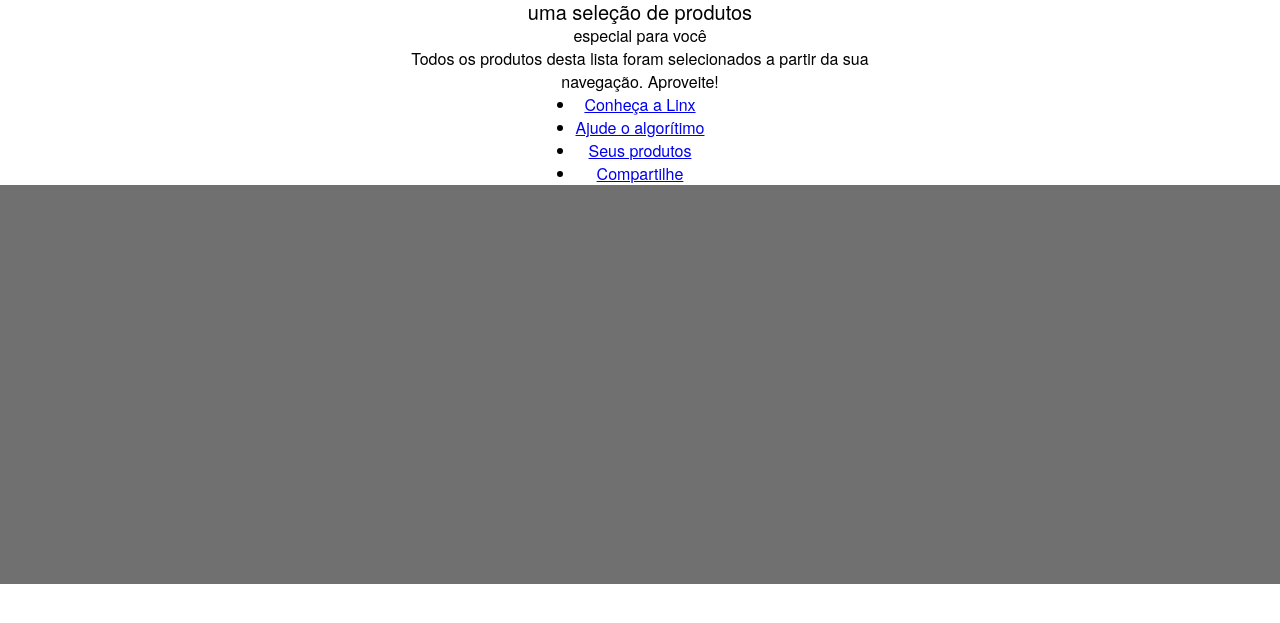
Repository: danielpellicano/front-end-developer-test-linx-2020
Page: index.html
The author's editor kept a copy of each file at every save. The page is drawn from the files as they stood at one save, then again after the next save.
The browser window is 1280 px wide. The pictures show the whole page.
Some web fonts or font styles are not loaded; a fallback is used.

Above is the page before, as saved 2020-09-01 12:09:43.

After the next save:
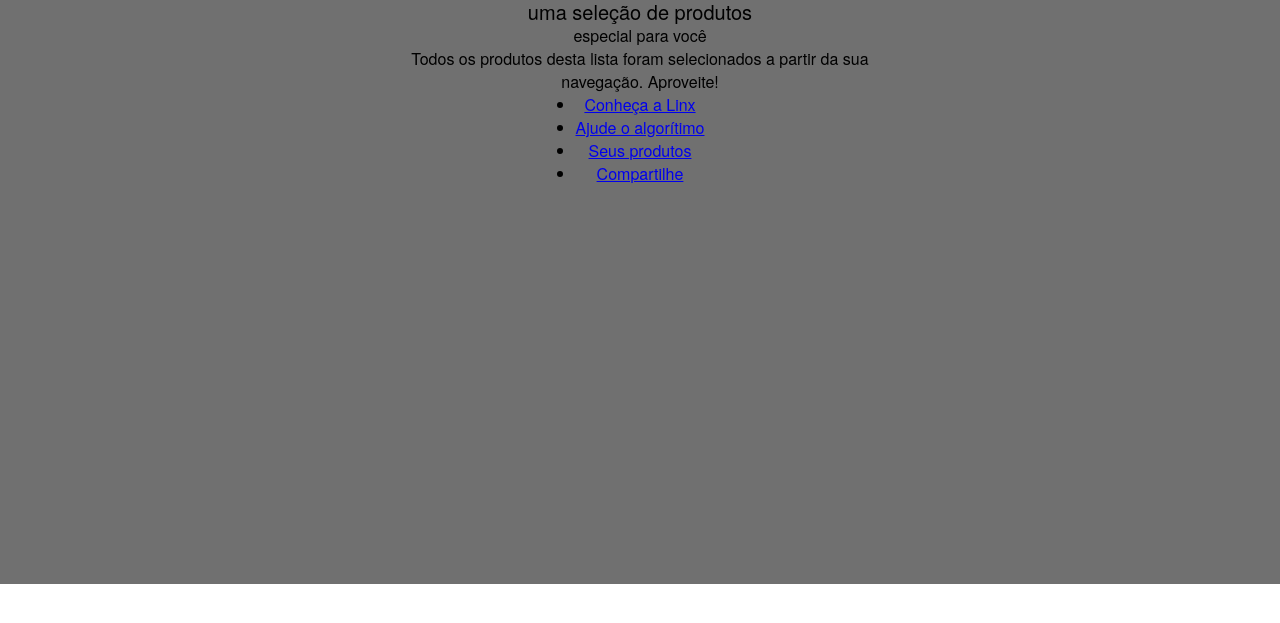
Saved 7 s later.
--- a/css/style.css
+++ b/css/style.css
@@ -102,6 +102,7 @@ body {
 #header {
     position: relative;
     max-height: 399px;
+    background: #707070;
 }
 
 #header:after {
